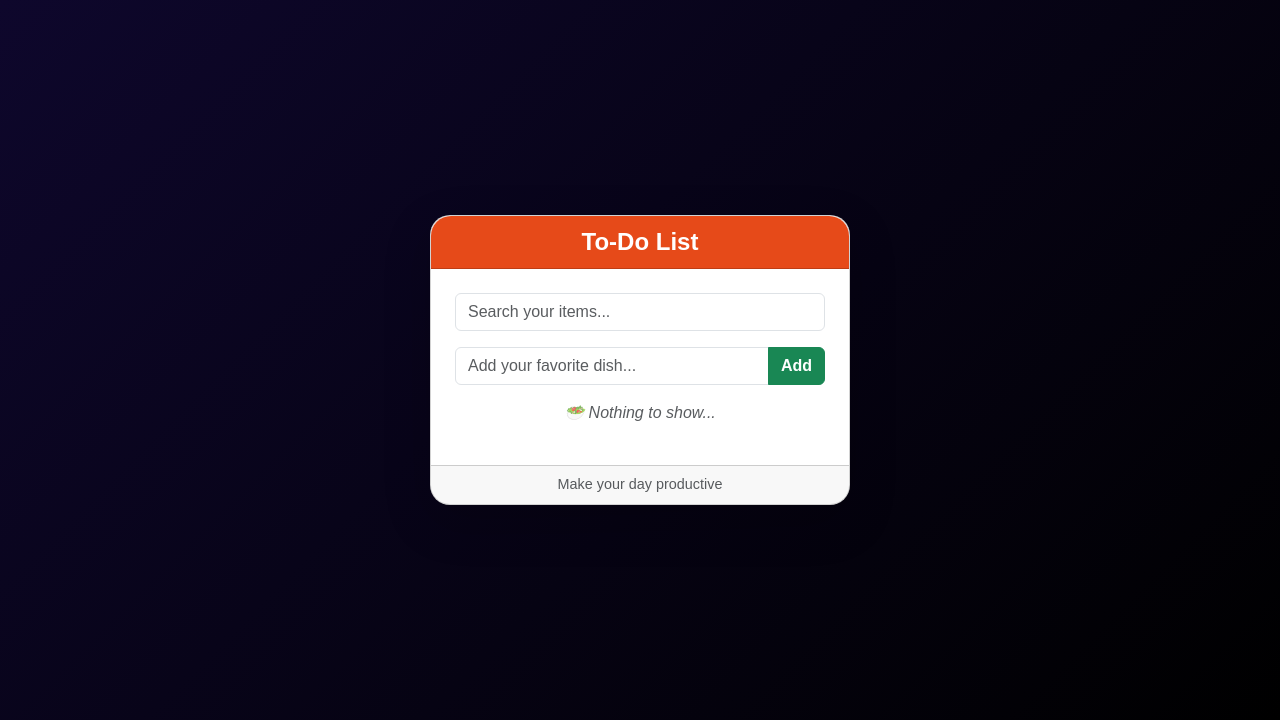
Repository: Dredphoenix/react-todo-app
Page: /
The author's editor kept a copy of each file at every save. The page is drawn from the files as they stood at one save, then again after a run of saves.
The browser window is 1280 px wide. The pictures show the whole page.
The page's requests for data from a server got no answer. The project was rebuilt for these pictures with package versions that can differ from the ones it lists, and the page was loaded fresh each time. No one was signed in, and anything a server would have sent is missing. Also part of the build but not shown: vite.config.js.

Above is the page before, as saved 2025-10-01 14:40:28.

After the next 2 saves:
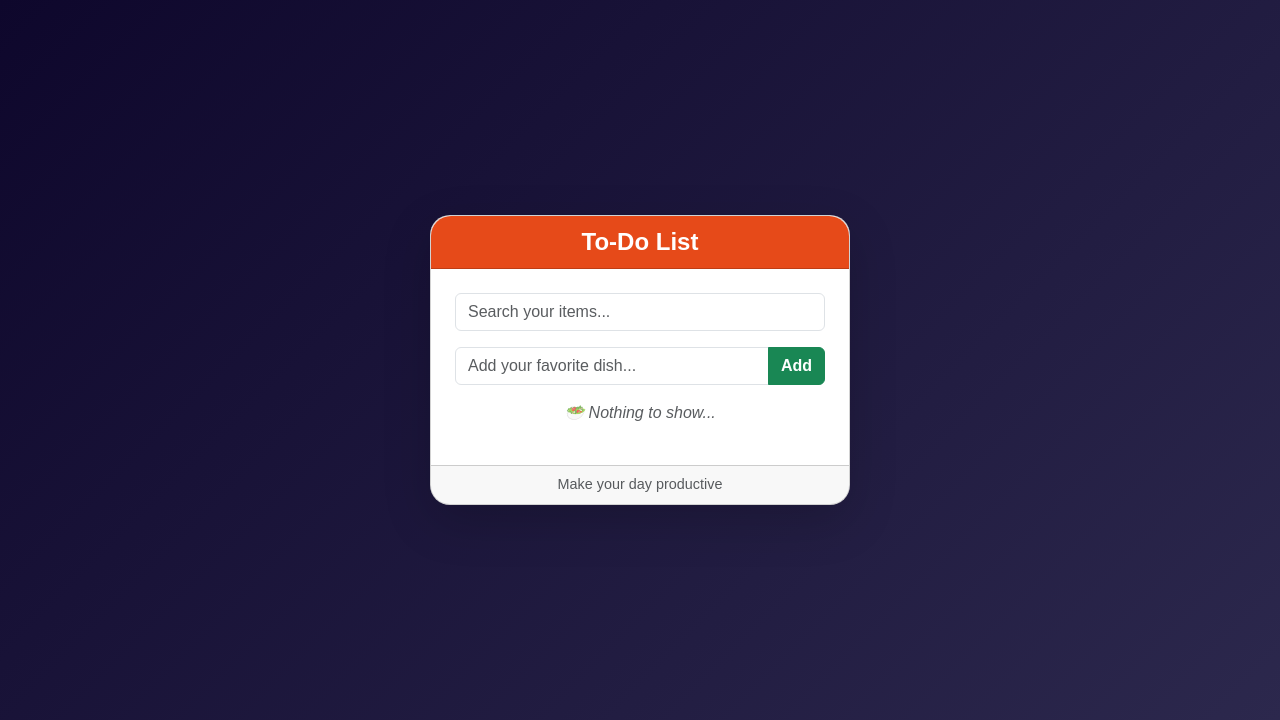
The 2 saves are shown as one change because they came seconds apart.
The last was saved 31 s later.
--- a/src/pages/Home.jsx
+++ b/src/pages/Home.jsx
@@ -83,7 +83,7 @@ const Home = () => {
     <div
       className="min-vh-100 d-flex align-items-center justify-content-center"
       style={{
-        background: "linear-gradient(135deg, #0e072cff, #000000ff)",
+        background: "linear-gradient(135deg, #0e072cff, #2c284dff)",
         fontFamily: "Poppins, sans-serif",
       }}
     >
